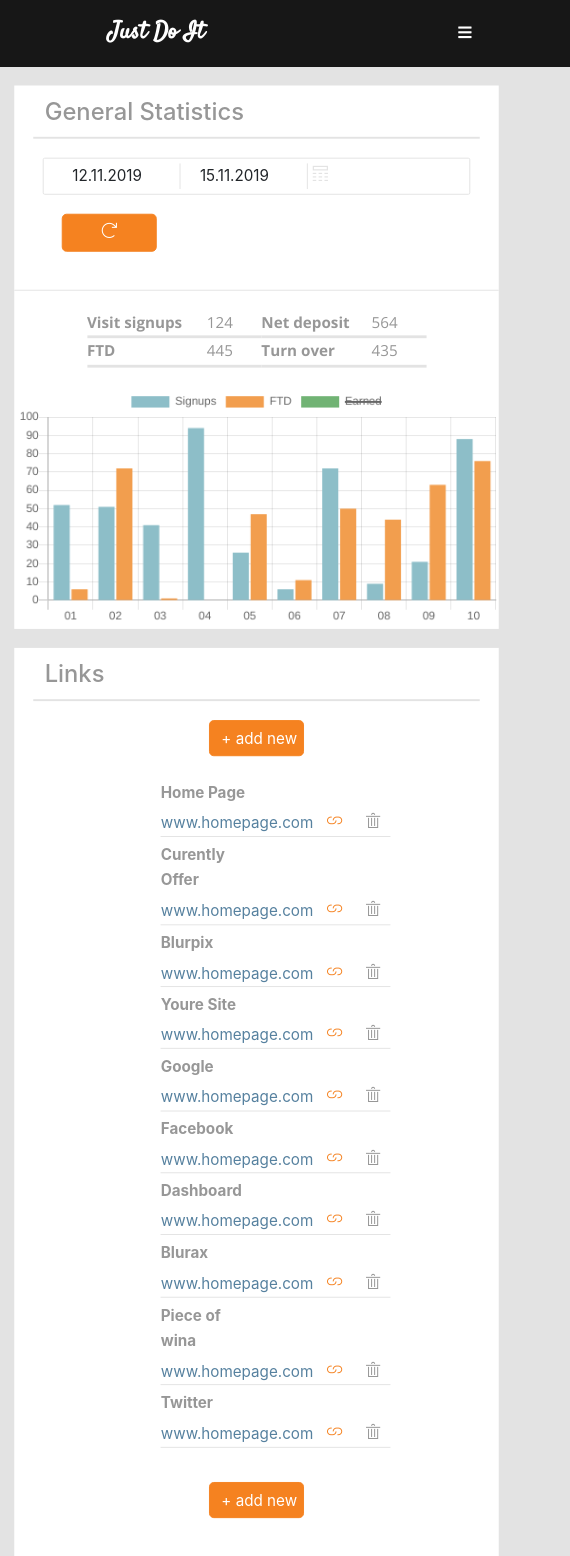
Repository: OllaWilk/wwwJustDoIt
Page: index.html
These files come from the project's save history. The page is drawn as it stood at one moment and after the next save; the edit follows.
The browser window is 600 px wide. The pictures show the whole page, at 95% of full size.
Some web libraries are served in a nearby version. The style sheet was rebuilt from its Sass, Less or Tailwind sources for each picture, by a compiler version that may differ from the author's.

Above is the page before, as saved 2019-12-25 19:47:08.

After the next save:
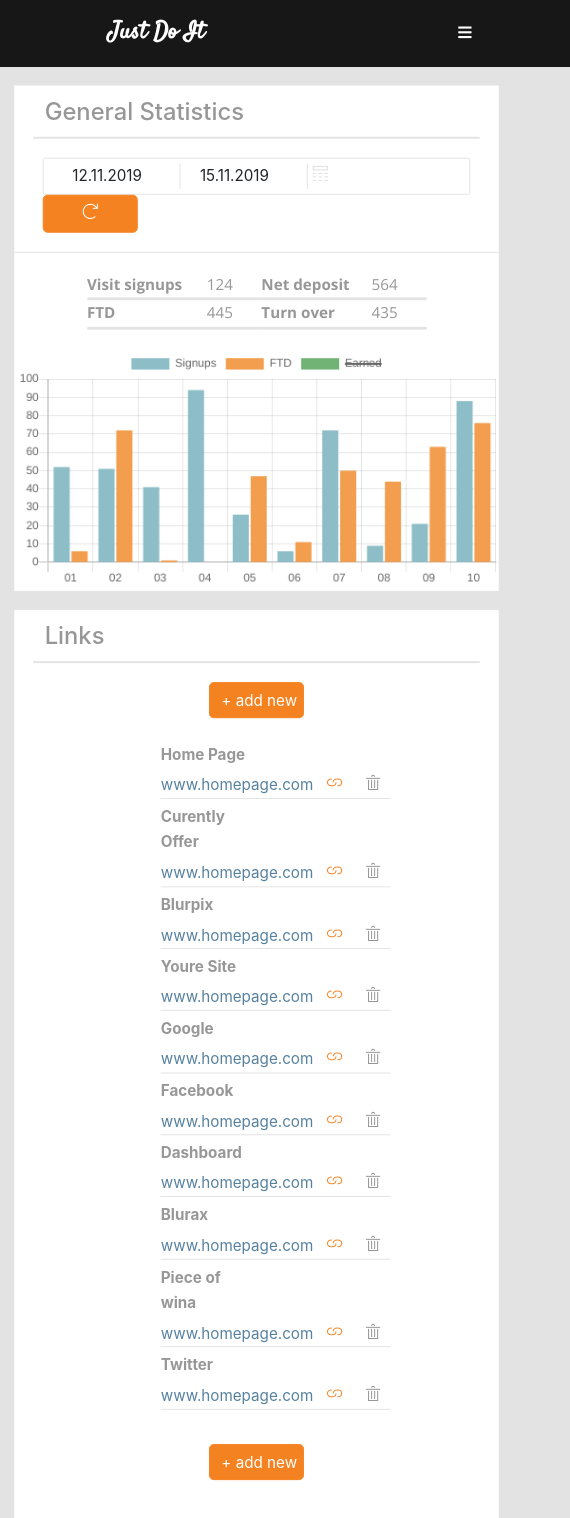
Saved 30 s later.
--- a/sass/components/_mediaQuery.scss
+++ b/sass/components/_mediaQuery.scss
@@ -74,7 +74,7 @@
 
     .btnRefrsh {
         width: 100px;
-        justify-items: center;
+        margin: auto;
     }
 
     .linkWraper {

After the save that followed:
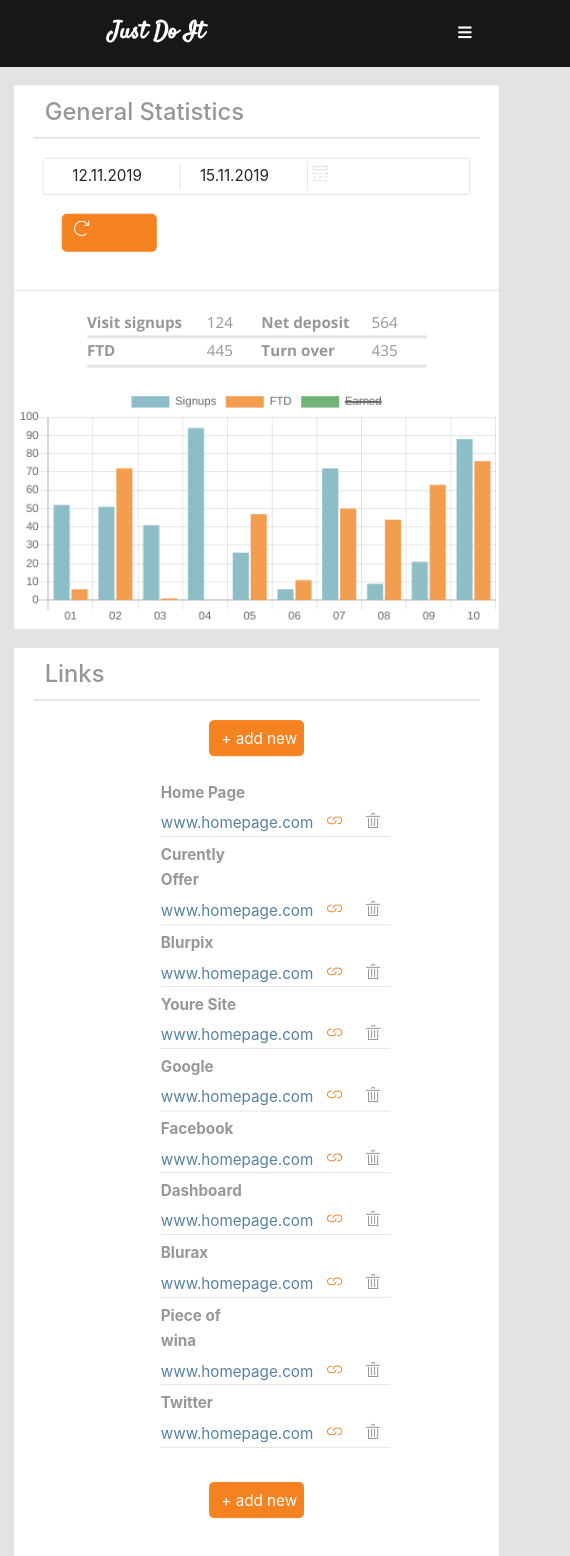
Saved 2 min 21 s later.
--- a/sass/components/_mediaQuery.scss
+++ b/sass/components/_mediaQuery.scss
@@ -73,8 +73,8 @@
     }
 
     .btnRefrsh {
+        display: flex;
         width: 100px;
-        margin: auto;
     }
 
     .linkWraper {
